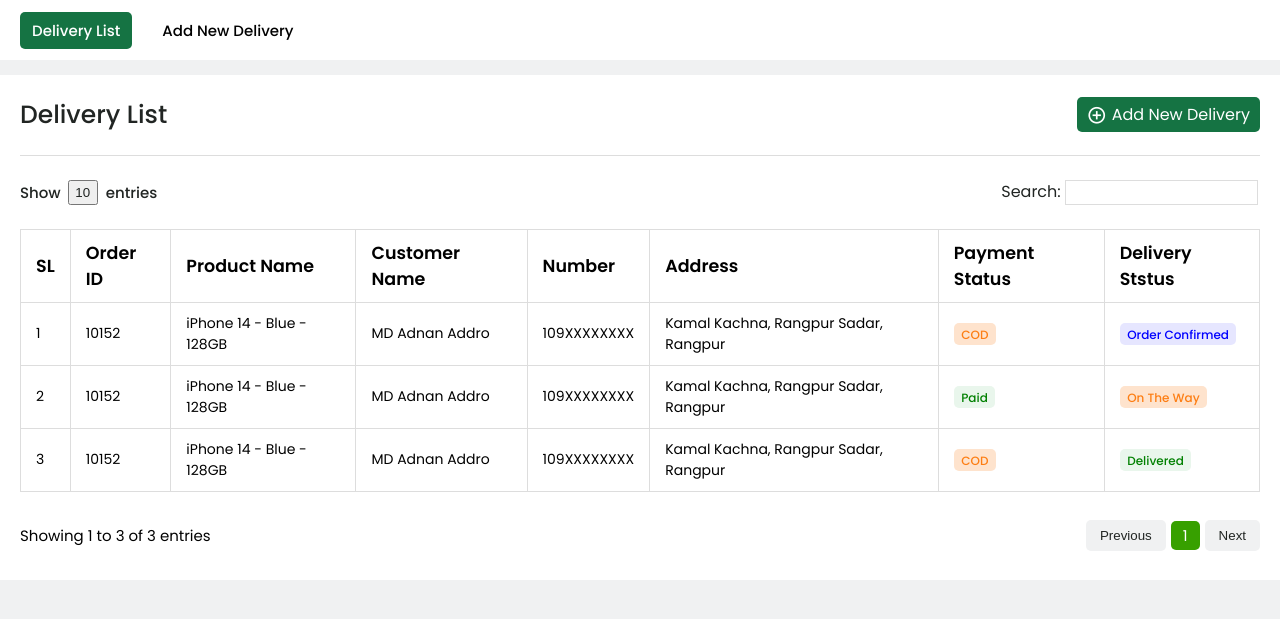
Repository: codebyaddro/delivery-page
Page: delivery.html
The author's editor kept a copy of each file at every save. The page is drawn from the files as they stood at one save, then again after the next save.
The browser window is 1280 px wide. The pictures show the whole page.

Above is the page before, as saved 2025-02-27 14:32:33.

After the next save:
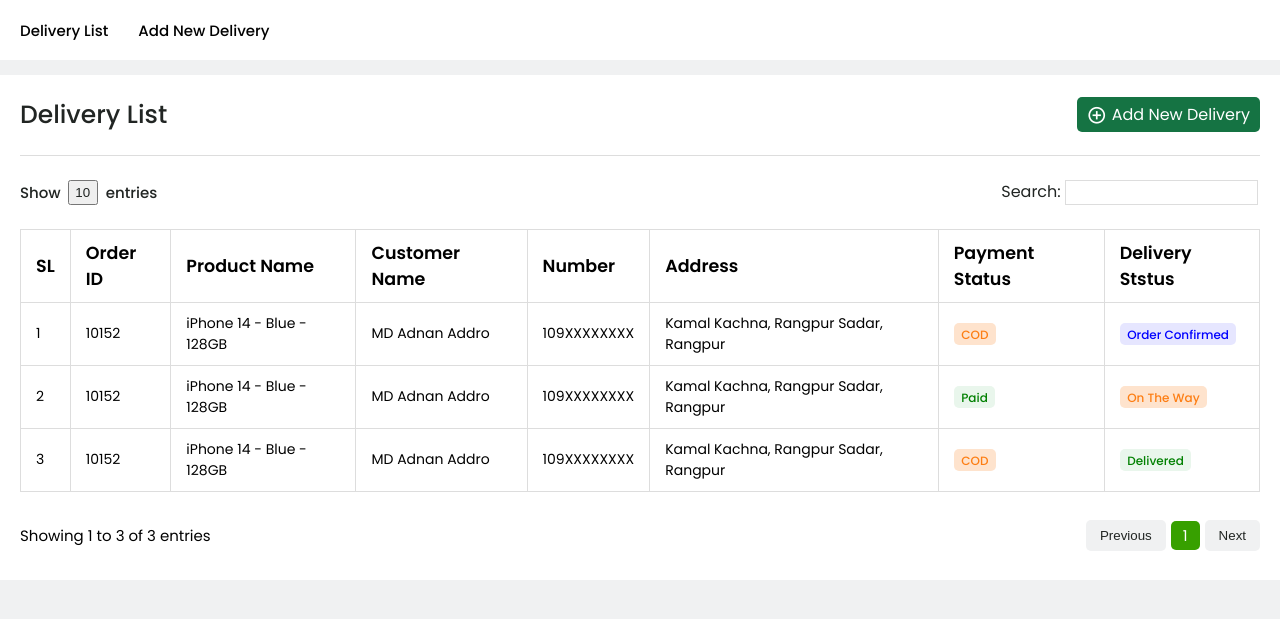
Saved 38 s later.
--- a/delivery.html
+++ b/delivery.html
@@ -11,7 +11,7 @@
     <div class="cba-delivery-container">
         <div class="top-menus">
             <ul>
-                <li><a href="/index.html" class="active-menu">Delivery List</a></li>
+                <li><a href="/index.html" class="cba-delivery-active-menu">Delivery List</a></li>
                 <li><a href="/inner-page/html/anb.html" class="light-up">Add New Delivery</a></li>
             </ul>
         </div>
